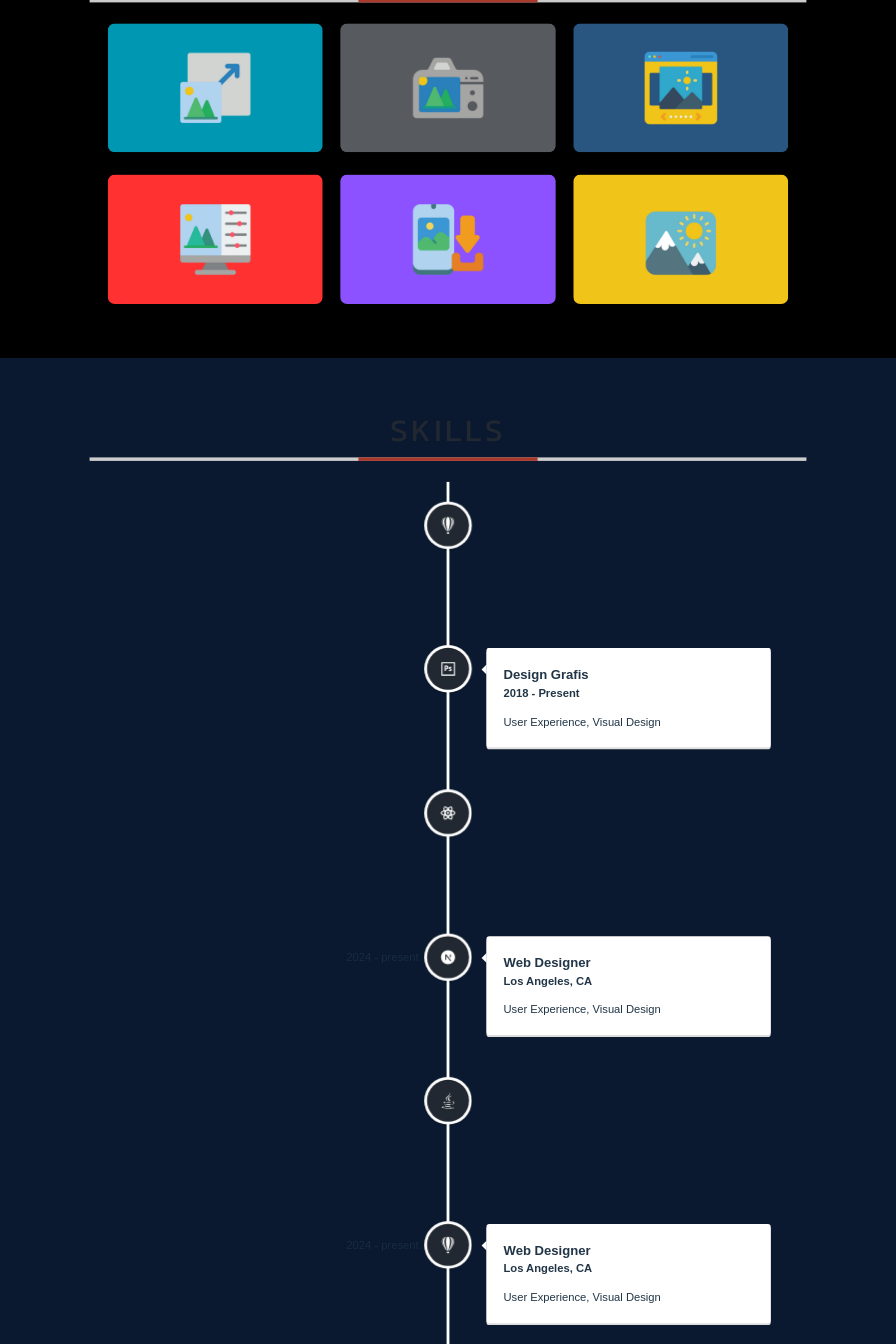
Repository: sellayspy/Portofolio
Page: /
The author's editor kept a copy of each file at every save. The page is drawn from the files as they stood at one save, then again after the next save.
The browser window is 1280 px wide. The pictures show the part of the page from y = 1968 to 3888 px (the page is 4876 px tall before and 5005 px after), at 70% of full size.
The project was rebuilt for these pictures with package versions that can differ from the ones it lists, and the page was loaded fresh each time. Also part of the build but not shown: vite.config.js, src/styles/DetailPortfolio.css, src/components/ScrollToTop.jsx, src/pages/DetailPortfolio.jsx, src/pages/PagesNotFound.jsx.

Above is the page before, as saved 2024-09-16 13:37:30.

After the next save:
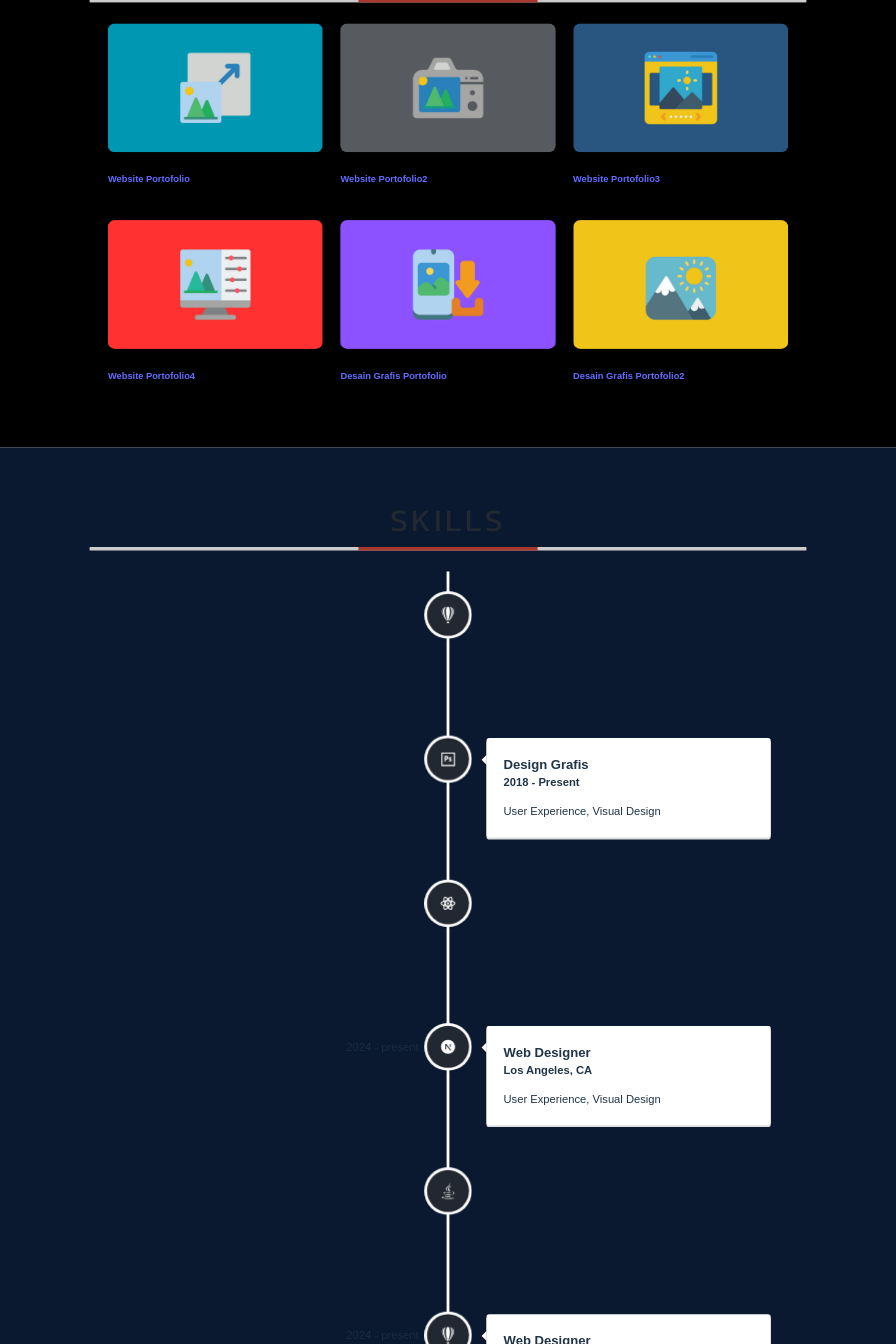
Saved 88 min 35 s later.
--- a/src/components/Portfolio.jsx
+++ b/src/components/Portfolio.jsx
@@ -15,6 +15,7 @@ const Portfolio = () => {
               <div className="item" key={item.id}>
                 <Link to={`/portfolio/${item.id}`}>
                   <img src={item.image} />
+                  <h5>{item.title}</h5>
                 </Link>
               </div>
             );
